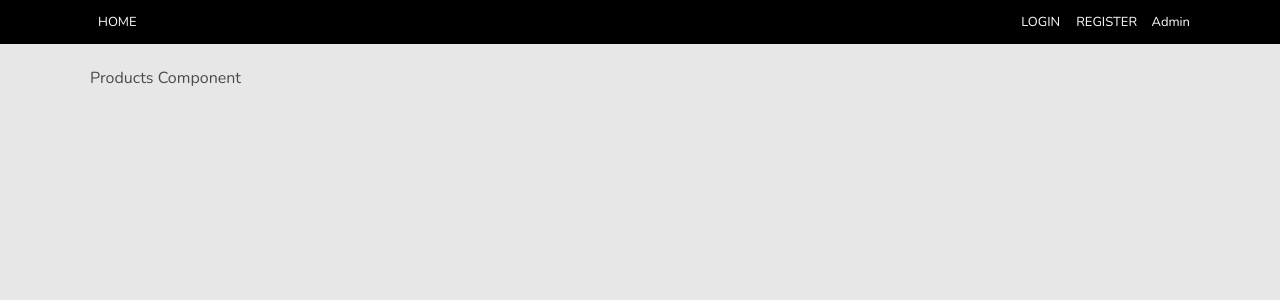
Repository: DraxZh/sneaker_shopping
Page: /
An editor plug-in stored every save of this project. The page is shown before and after the next save, followed by the edit.
The browser window is 1280 px wide. The pictures show the whole page.
The project was rebuilt for these pictures with package versions that can differ from the ones it lists, and the page was loaded fresh each time.

Above is the page before, as saved 2021-11-30 17:30:12.

After the next save:
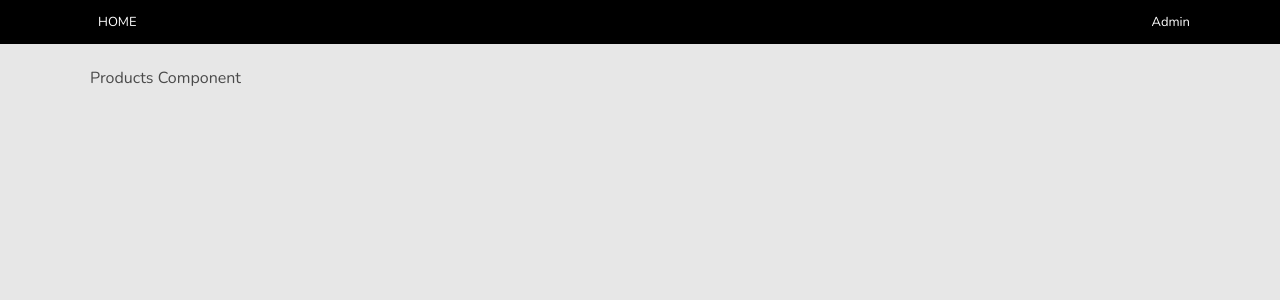
Saved 35 s later.
--- a/src/components/Header.js
+++ b/src/components/Header.js
@@ -27,11 +27,7 @@
                         <a href="/">Home</a>
                     </div>
                     <div className="end">
-                        <a href="/">Login</a>
-                        <a href="/">Register</a>
-                        <span className="nickname">
-                            {this.props.nickname}
-                        </span>
+                        {this.renderLink()}
                     </div>
                 </div>
             </div>
